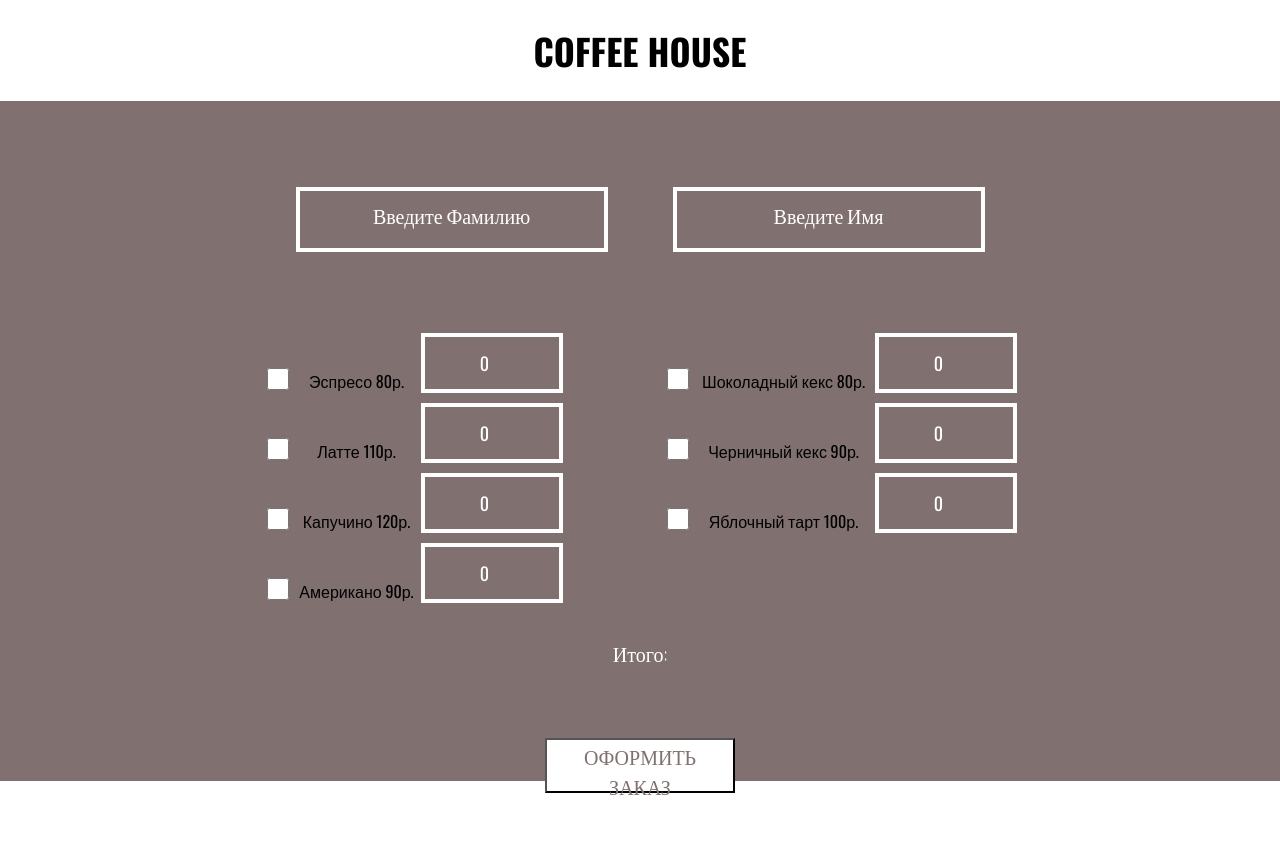
Repository: Valera1994/WebTestProject
Page: New2/index.html
These files come from the project's save history. The page is drawn as it stood at one moment and after the next save; the edit follows.
The browser window is 1280 px wide. The pictures show the whole page.

Above is the page before, as saved 2025-07-20 22:57:03.

After the next save:
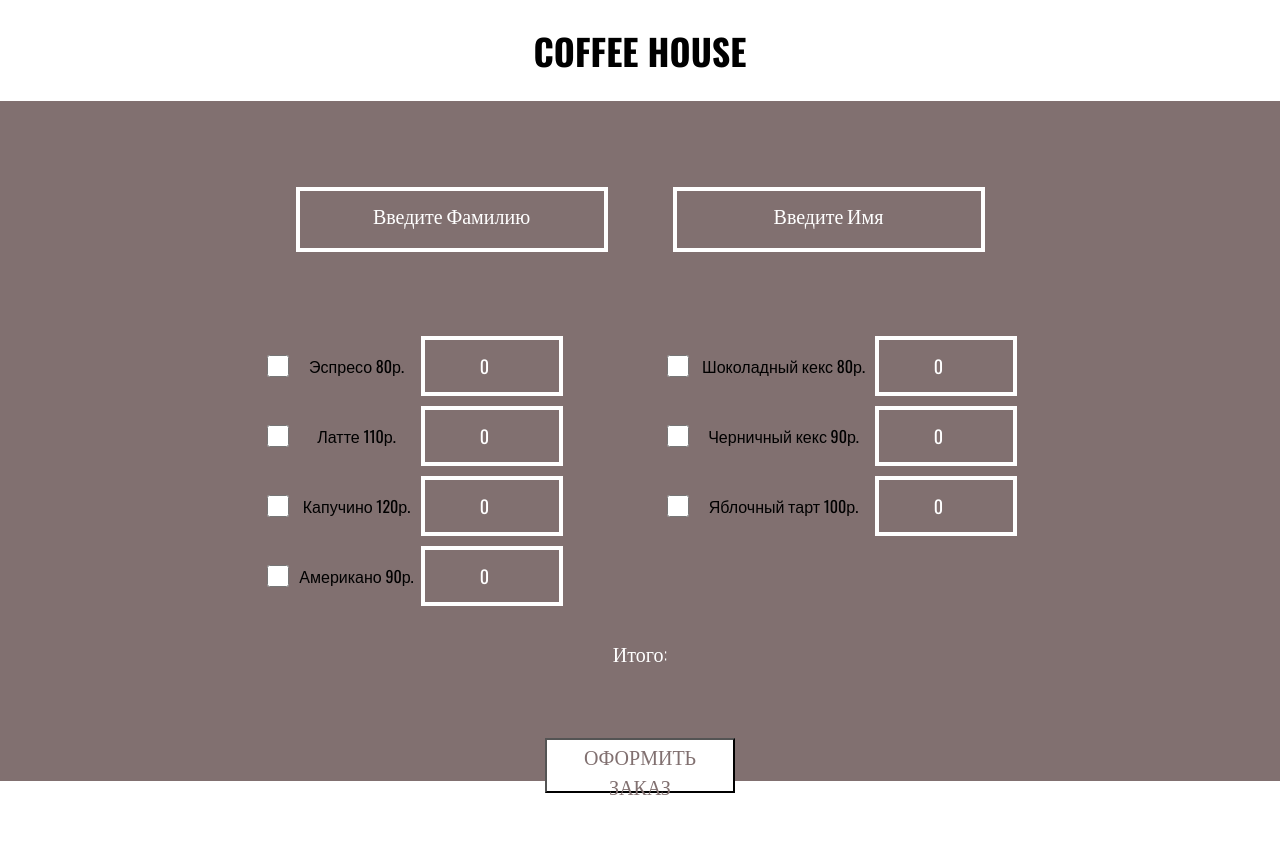
Saved 58 s later.
--- a/New2/style.css
+++ b/New2/style.css
@@ -77,7 +77,7 @@ body{
 .form_checkbox{
     display: flex;
     justify-content: space-between;
-    align-items: flex-end;
+    align-items: center;
     margin-bottom: 15px;
 }
 
